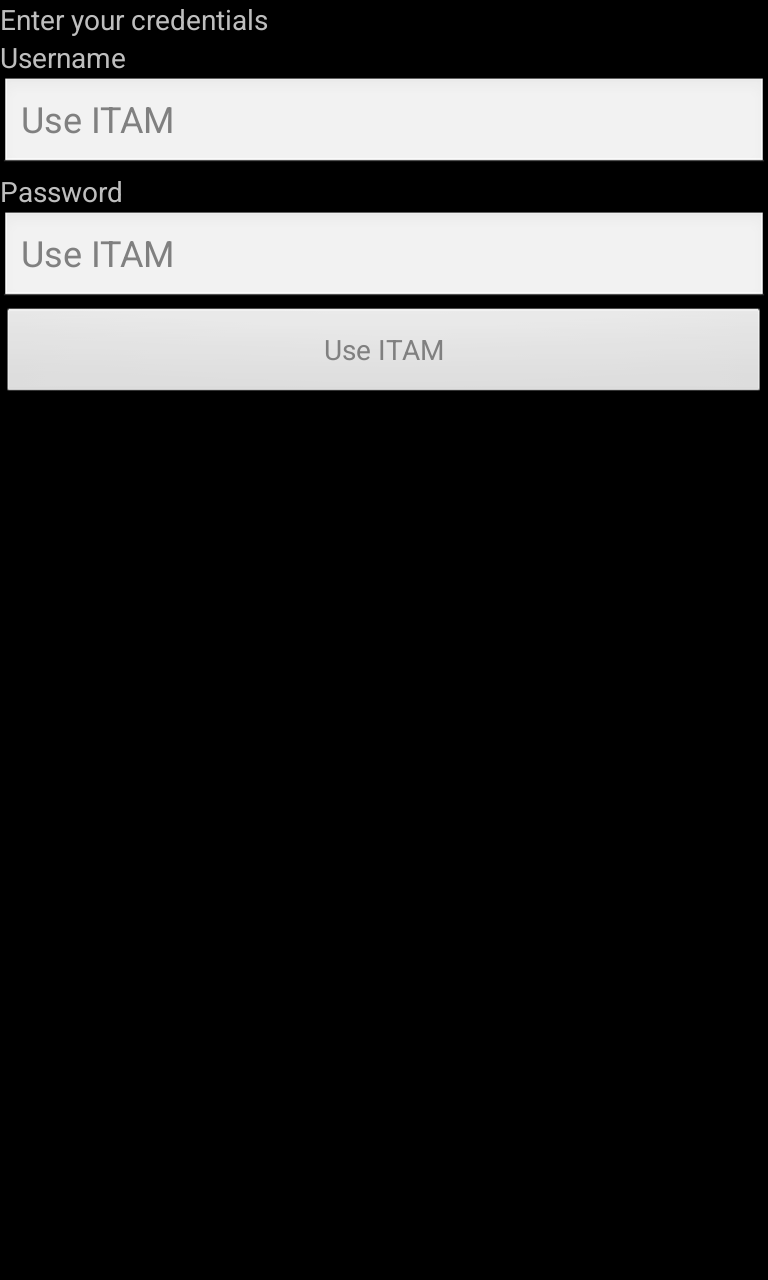
Repository: cogitovsmachina/Curso-Android-en-ITAM
Layout: SimpleLoginForm/res/layout/main.xml
The author's editor kept a copy of each file at every save. The layout is drawn from the files as they stood at one save, then again after the next save.
It is drawn on a 768 x 1280 px phone screen (xhdpi) without system bars, with theme android:Theme; the app's code is not run.

Above is the layout before, as saved 2011-07-05 14:48:04.

After the next save:
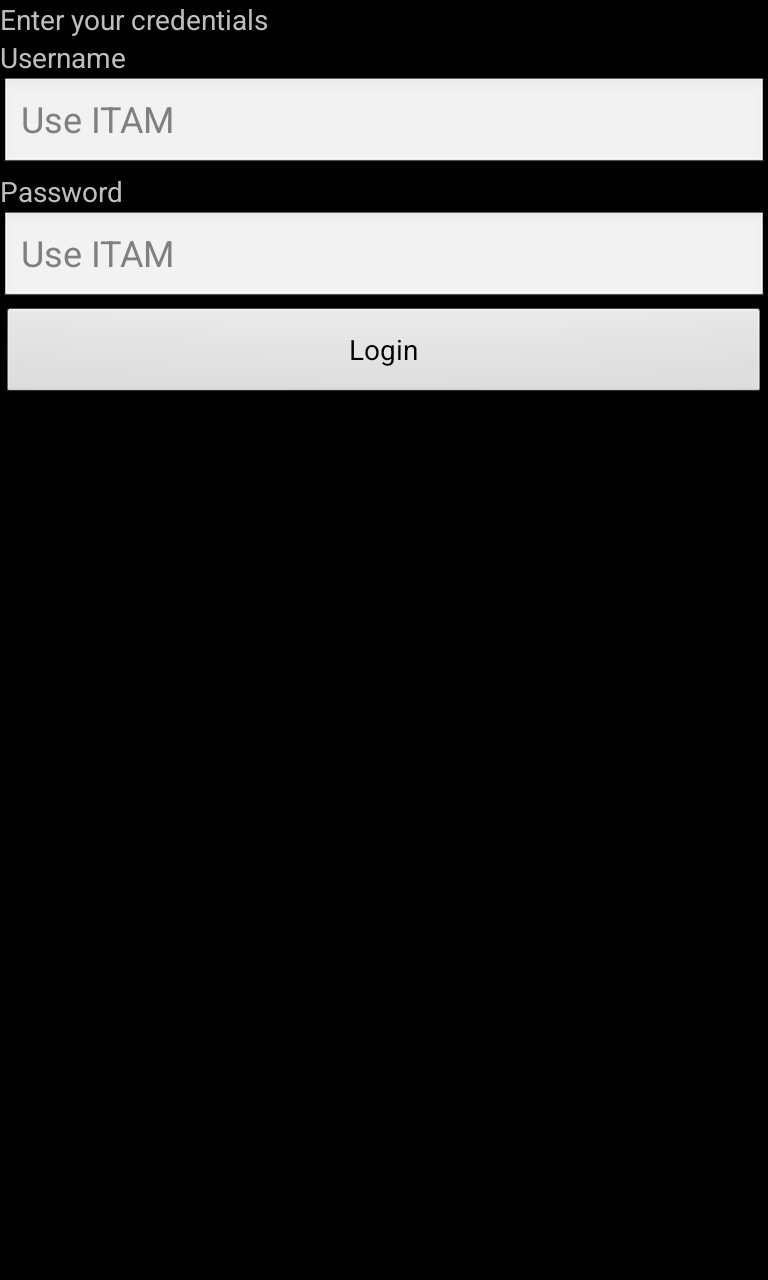
Saved 23 s later.
--- a/SimpleLoginForm/res/layout/main.xml
+++ b/SimpleLoginForm/res/layout/main.xml
@@ -34,7 +34,7 @@
 <Button
     android:layout_width="fill_parent"
     android:layout_height="wrap_content"
-    android:hint="Use ITAM"
+    android:text="Login"
     android:id="@+id/loginbutton"
     />
 </LinearLayout>
